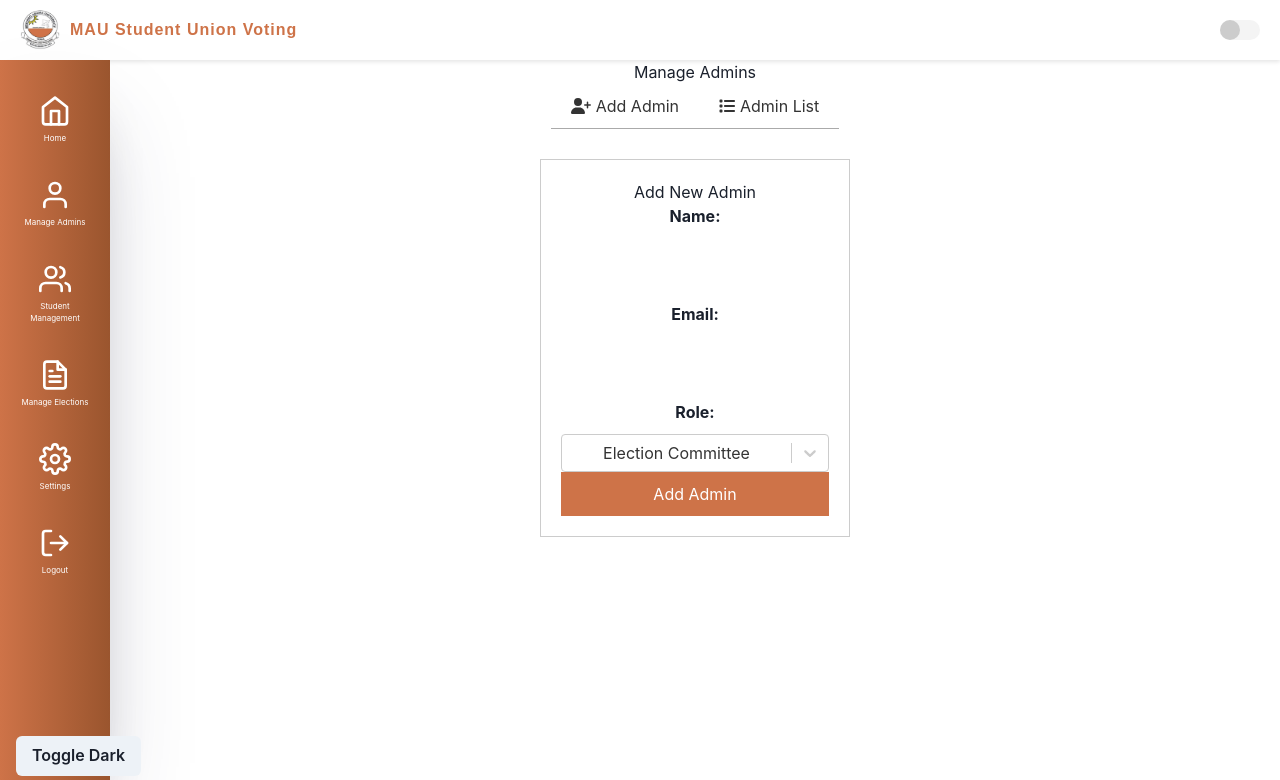
Repository: joena1o/e-vote
Page: /admin-dashboard/manage-admin
The author's editor kept a copy of each file at every save. The page is drawn from the files as they stood at one save, then again after the next save.
The browser window is 1280 px wide. The pictures show the whole page.
The project was rebuilt for these pictures with package versions that can differ from the ones it lists, and the page was loaded fresh each time. Also part of the build but not shown: src/components/EnhancedLogin.js, src/components/maincontent/RegisterStudents/ManageStudents.js, src/components/maincontent/RegisterStudents/RegisterStudents.js, src/components/maincontent/RegisterStudents/StudentManagement.js, src/components/maincontent/ElectionResults/ViewResults.js, src/components/maincontent/Settings/Settings.js, src/api/index.js, src/components/maincontent/home/Home.styles.js and 5 more.

Above is the page before, as saved 2023-10-20 14:47:37.

After the next save:
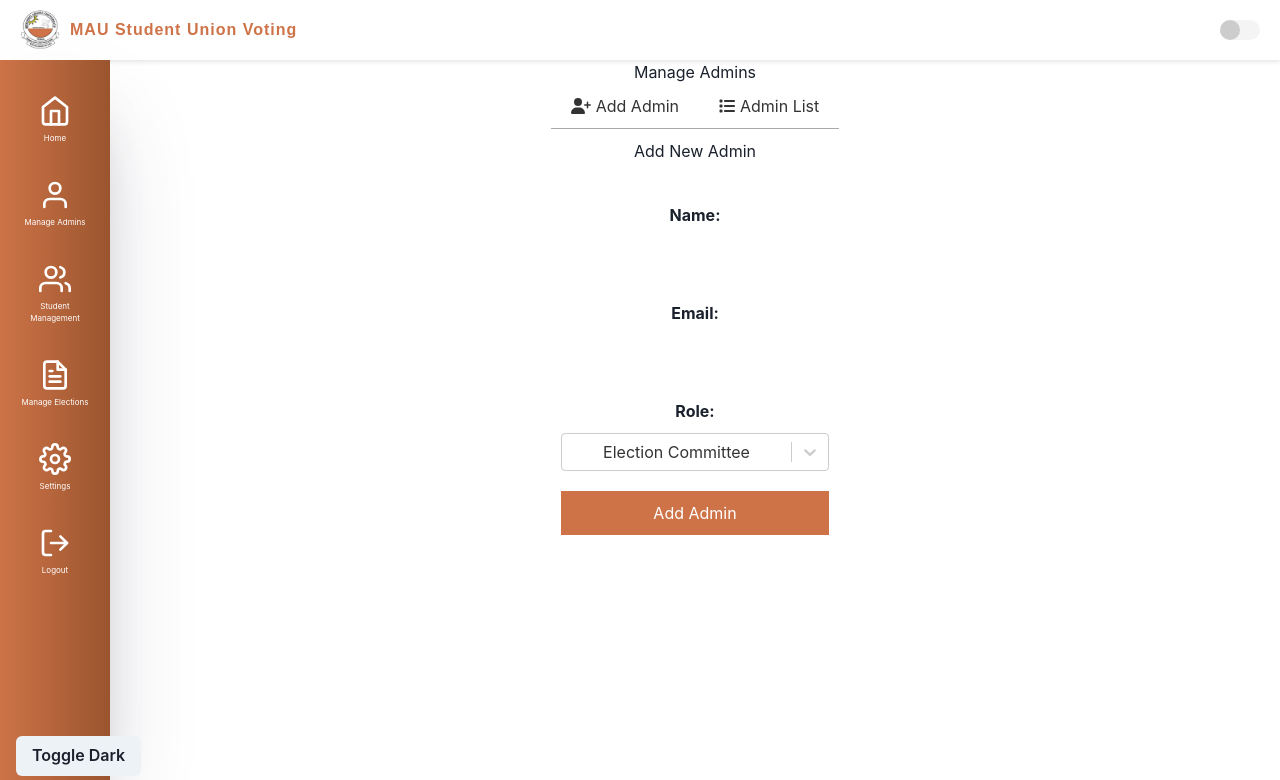
Saved 5 min 41 s later.
--- a/src/components/maincontent/ManageAdmins/AddAdmin.js
+++ b/src/components/maincontent/ManageAdmins/AddAdmin.js
@@ -5,7 +5,6 @@ import { toast, ToastContainer } from 'react-toastify';
 import 'react-toastify/dist/ReactToastify.css';
 import Select from 'react-select';
 import { useColorMode } from '@chakra-ui/react';
-
 
 const darkThemeStyles = {
   menu: provided => ({
@@ -30,20 +29,12 @@ const darkThemeStyles = {
   })
 };
 
-
-
-// Styled components
-const Container = styled.div`
-  margin: 20px;
-  padding: 20px;
-  border: 1px solid #ccc;
-`;
-
 const Form = styled.form`
   display: flex;
   flex-direction: column;
-  max-width: 400px;
-  margin: 0 auto;
+  max-width: 600px;
+  margin: 20px auto;
+  padding: 20px;
 `;
 
 const Label = styled.label`
@@ -53,6 +44,10 @@ const Label = styled.label`
 
 const Input = styled.input`
   padding: 10px;
+  margin-bottom: 20px;
+`;
+
+const StyledSelect = styled(Select)`
   margin-bottom: 20px;
 `;
 
@@ -150,7 +145,7 @@ function AddAdmin() {
     };
 
     return (
-      <Container>
+      <>
         <h3>Add New Admin</h3>
         <Form onSubmit={handleSubmit}>
           <Label>Name:</Label>
@@ -160,7 +155,7 @@ function AddAdmin() {
           <Input type="email" name="email" value={adminData.email} onChange={handleChange} required />
 
           <Label>Role:</Label>
-          <Select
+          <StyledSelect
             value={roleOptions.find(option => option.value === adminData.role)}
             onChange={handleRoleChange}
             options={roleOptions}
@@ -173,8 +168,8 @@ function AddAdmin() {
           <Button type="submit">Add Admin</Button>
         </Form>
         <ToastContainer />
-      </Container>
+      </>
     );
-  }
+}
 
-  export default AddAdmin;
+export default AddAdmin;
